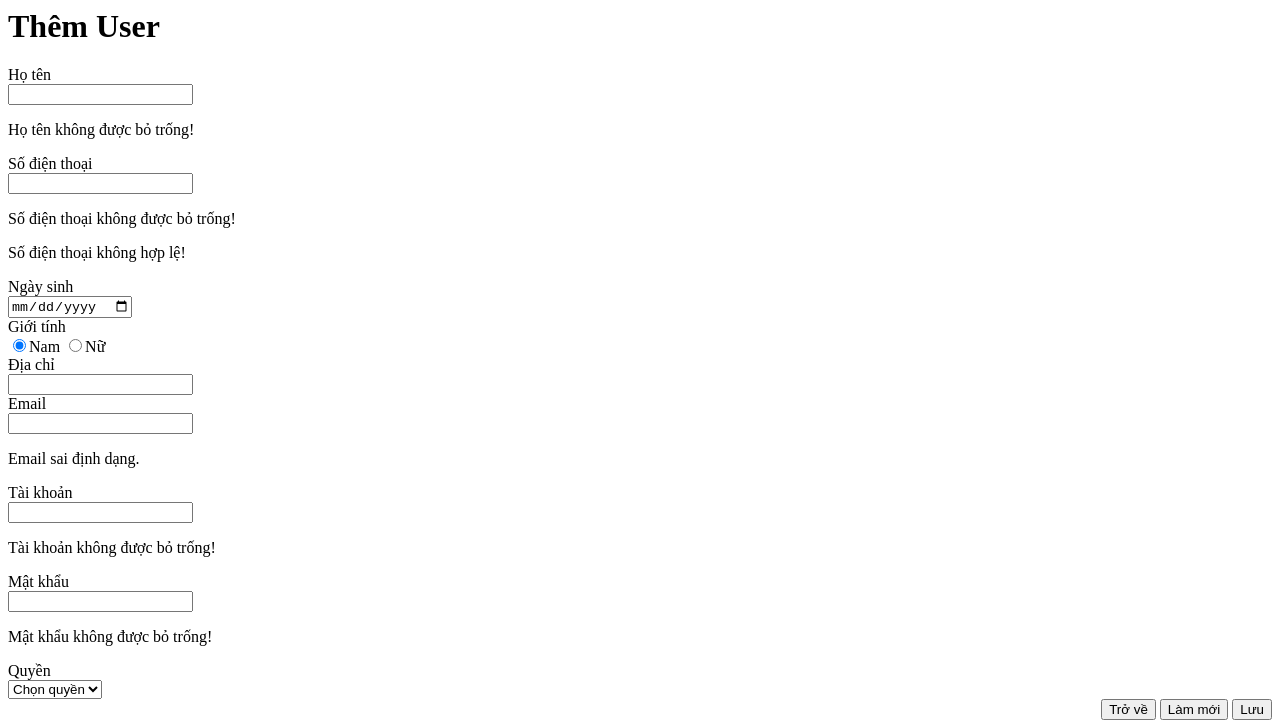
Repository: gohanmystic/T04_webraovat
Page: webraovat/webraovat/WebContent/app/admin/user/user-create-update.html
An editor plug-in stored every save of this project. The page is shown before and after the next save, followed by the edit.
The browser window is 1280 px wide. The pictures show the whole page.

Above is the page before, as saved 2017-11-29 13:36:21.

After the next save:
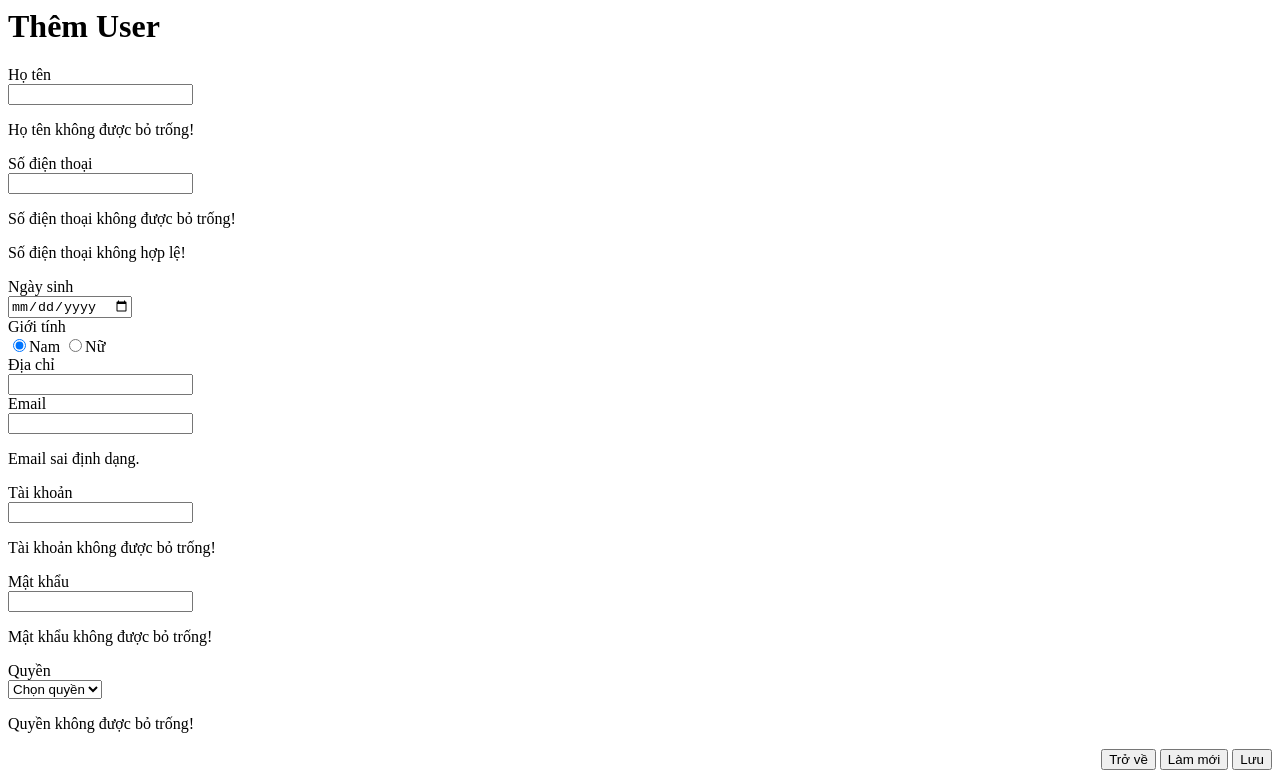
Saved 22 s later.
--- a/webraovat/webraovat/WebContent/app/admin/user/user-create-update.html
+++ b/webraovat/webraovat/WebContent/app/admin/user/user-create-update.html
@@ -89,6 +89,7 @@
 	                        <option value="1">User</option>
 	                    </select>
                 	</div>
+                	<p class="help-block" ng-if="createUpdateForm.level.$error.required">Quyền không được bỏ trống!</p>
                 </div>
 
                 <div class="form-group" style="float:right">

After the 2 saves that followed:
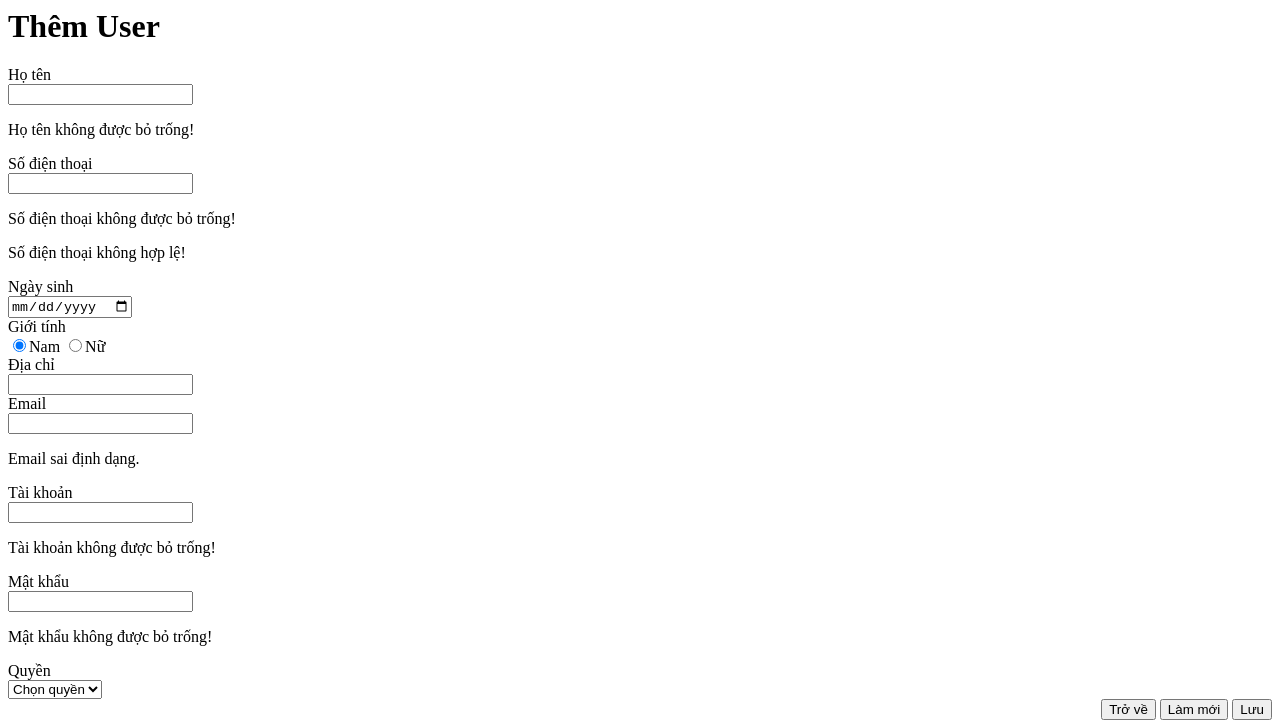
The 2 saves are shown as one change because 1 left the picture as it was.
The last was saved 4 min 4 s later.
--- a/webraovat/webraovat/WebContent/app/admin/user/user-create-update.html
+++ b/webraovat/webraovat/WebContent/app/admin/user/user-create-update.html
@@ -83,13 +83,12 @@
                 <div class="form-group">
                 	<div class="input-group">
                 		<span class="input-group-addon"><i class="fa fa-code fa-fw"></i></span>
-	                    <select name="level" class="form-control" ng-model="vm.user.level" required=>
+	                    <select name="level" class="form-control" ng-model="vm.user.level" ng-required="true">
 	                    	<option value="">Chọn quyền</option>
 	                        <option value="0">Admin</option>
 	                        <option value="1">User</option>
 	                    </select>
                 	</div>
-                	<p class="help-block" ng-if="createUpdateForm.level.$error.required">Quyền không được bỏ trống!</p>
                 </div>
 
                 <div class="form-group" style="float:right">
